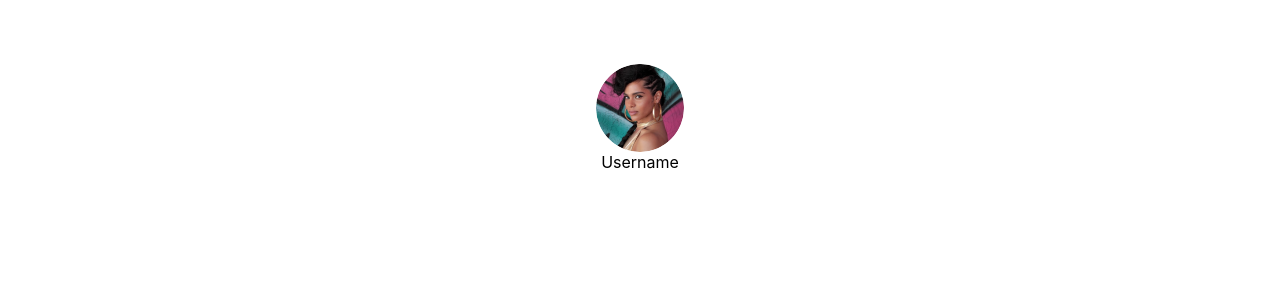
Repository: uh-sman/Zuri-task-one
Page: /
These files come from the project's save history. The page is drawn as it stood at one moment and after the next save; the edit follows.
The browser window is 1280 px wide. The pictures show the whole page.
The project was rebuilt for these pictures with package versions that can differ from the ones it lists, and the page was loaded fresh each time.

Above is the page before, as saved 2022-10-23 18:02:08.

After the next save:
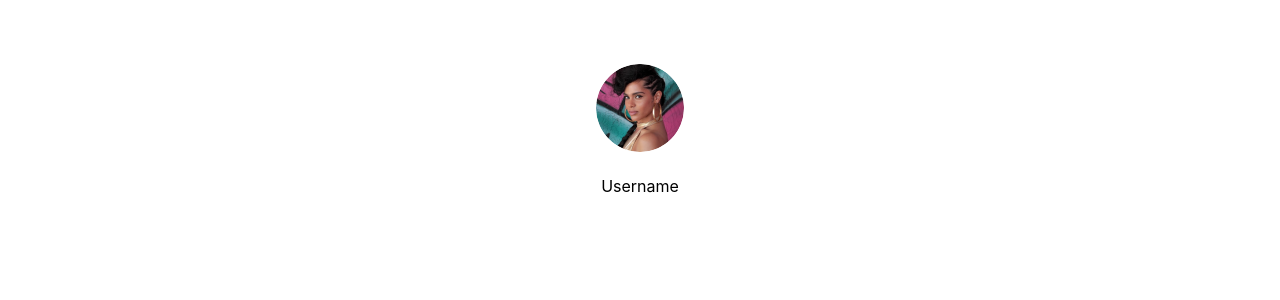
Saved 112 s later.
--- a/src/Components/Dashboard.js
+++ b/src/Components/Dashboard.js
@@ -6,7 +6,7 @@ const Dashboard = () => {
     <div className="dashboard">
       <div className="dashboard-container">
         <img className="image" src={profile} />
-        <div>
+        <div className="text-section">
           <p>Username{}</p>
         </div>
       </div>
--- a/src/Components/dashboard.css
+++ b/src/Components/dashboard.css
@@ -18,3 +18,6 @@
   border-radius: 275px;
   margin-top: 64px;
 }
+.text-section {
+  margin-top: 24px;
+}
